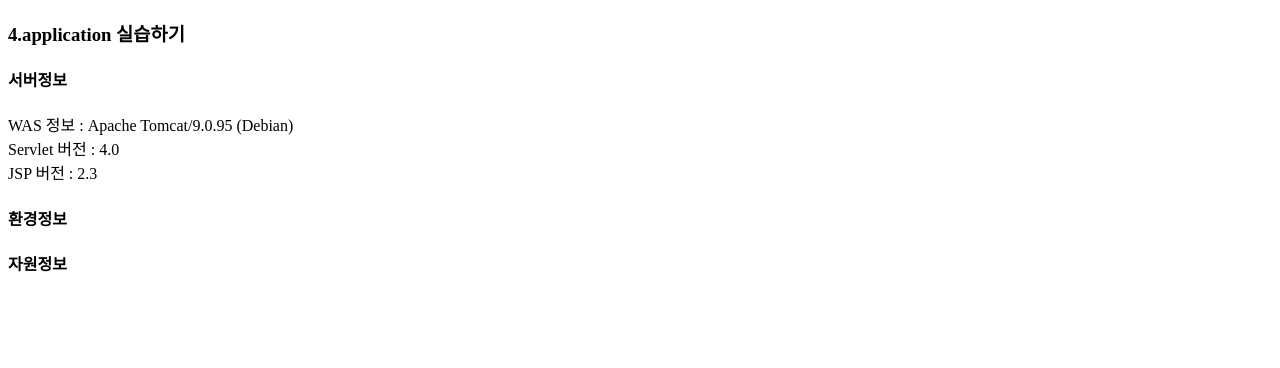
Repository: Jinwoooooooo/GCA_JSP
Page: http://localhost/ch03/4.application.jsp
The author's editor kept a copy of each file at every save. The page is drawn from the files as they stood at one save, then again after the next save.
The browser window is 1280 px wide. The pictures show the whole page.
The page is served by Tomcat 9.

Above is the page before, as saved 2025-02-04 02:37:09.

After the next save:
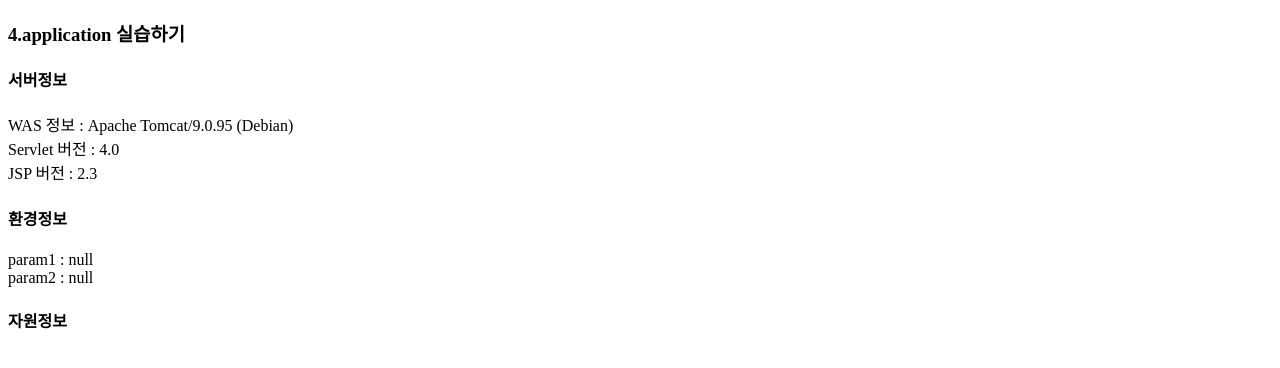
Saved 29 s later.
--- a/ch03/src/main/webapp/4.application.jsp
+++ b/ch03/src/main/webapp/4.application.jsp
@@ -29,6 +29,11 @@
 		String param2 = application.getInitParameter("PARAM2");
 	%>
 
+	<p>
+		param1 : <%= param1 %><br>
+		param2 : <%= param2 %><br>
+	</p>
+
 	<h4>자원정보</h4>
 
 
